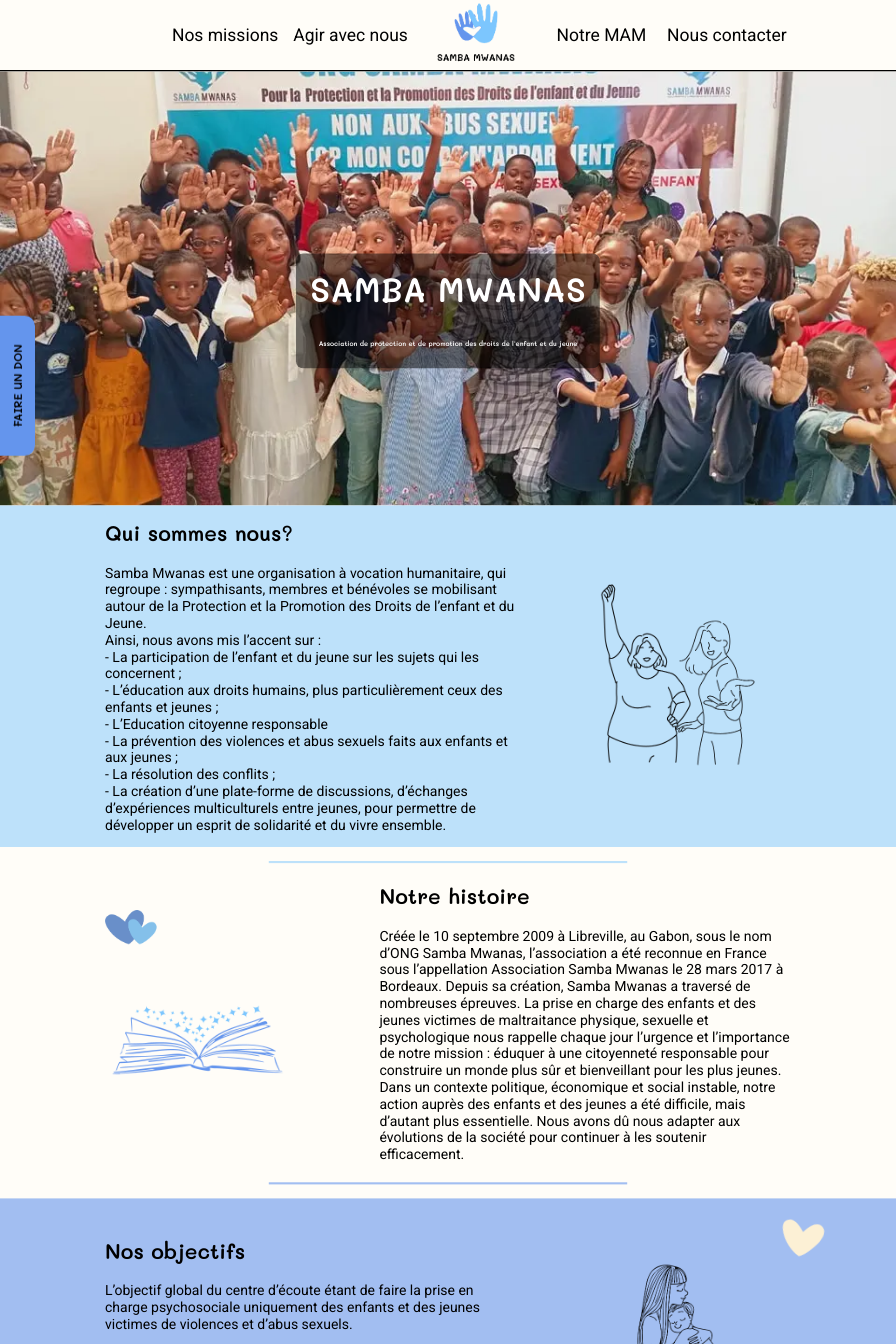
Repository: Danie-lDasilva/Samba-Mwanas
Page: index.html
The author's editor kept a copy of each file at every save. The page is drawn from the files as they stood at one save, then again after the next save.
The browser window is 1280 px wide. The pictures show the part of the page from y = 0 to 1920 px (the page is 3440 px tall), at 70% of full size.

Above is the page before, as saved 2025-03-06 19:38:30.

After the next save:
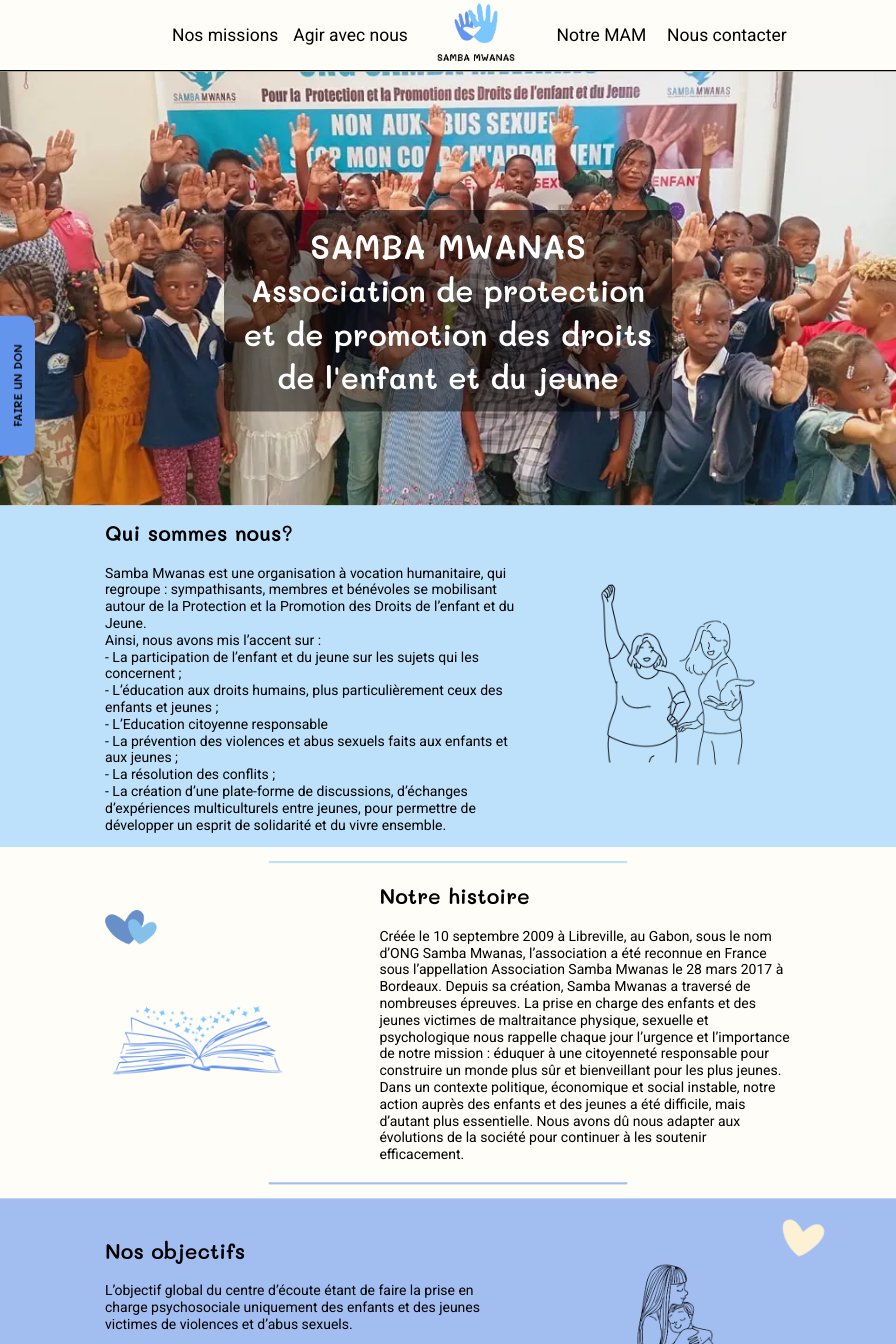
Saved 6 s later.
--- a/assets/css/style.css
+++ b/assets/css/style.css
@@ -150,7 +150,7 @@
 }
 
 .Landing h1 span {
-    font-size: 0.2em; /* Ajustement de la taille de la police */
+    font-size: 0.9em; /* Ajustement de la taille de la police */
 }
 
 @media (max-width: 768px) {
